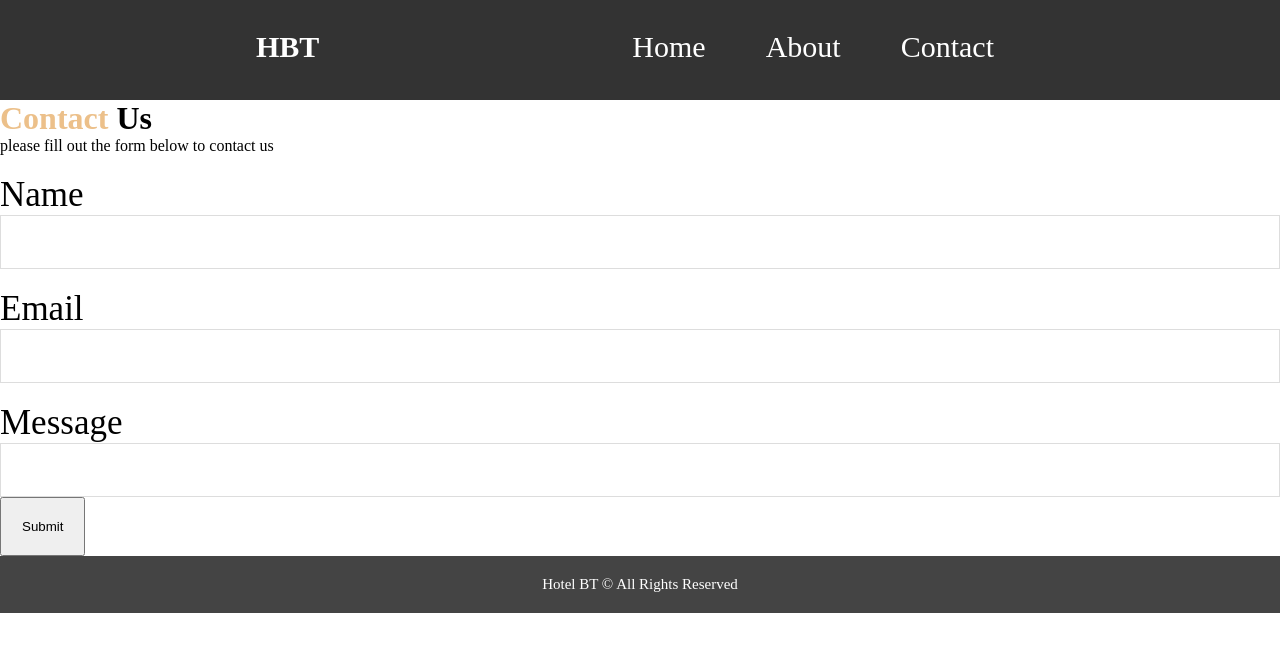
Repository: reemoon-ctrl/hotel-website
Page: 35 - hotel-website/contact.html
An editor plug-in stored every save of this project. The page is shown before and after a run of saves, followed by the edit.
The browser window is 1280 px wide. The pictures show the whole page.

Above is the page before, as saved 2024-07-22 09:40:48.

After the next 2 saves:
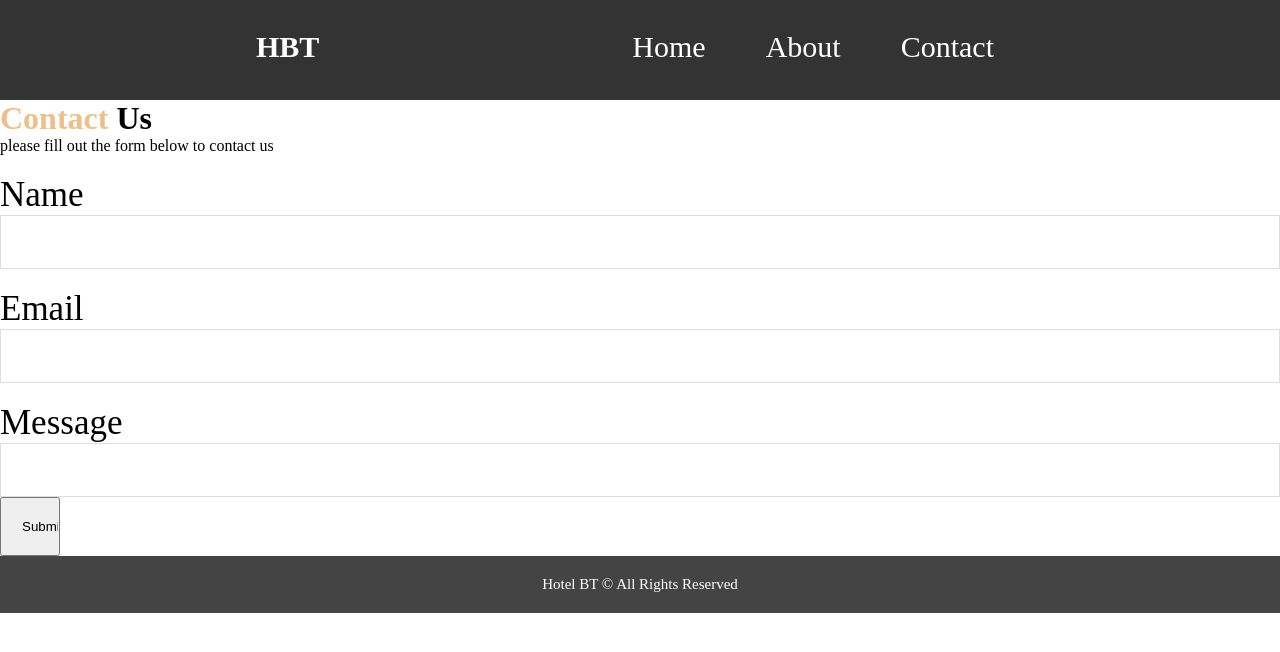
The 2 saves are shown as one change because they came seconds apart.
The last was saved 11 s later.
--- a/35 - hotel-website/index.css
+++ b/35 - hotel-website/index.css
@@ -291,5 +291,5 @@ color: #333333;
 form input{
  padding: 20px;
  text-align: center;
- width:
-}
+ width:60px;
+}
